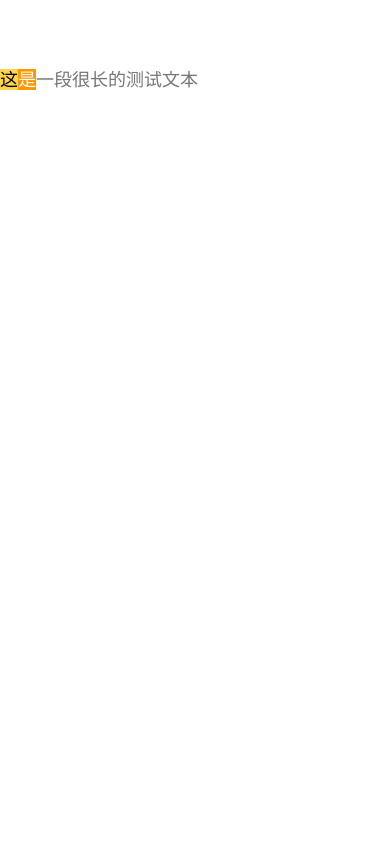
Repository: obstrux/test-vosk
Page: /
These files come from the project's save history. The page is drawn as it stood at one moment and after the next save; the edit follows.
The browser window is 390 px wide. The pictures show the whole page.
The app was drawn by React Native's web renderer in a window 390 px wide. The project was rebuilt for these pictures with package versions that can differ from the ones it lists, and the page was loaded fresh each time.

Above is the page before, as saved 2025-11-02 21:33:43.

After the next save:
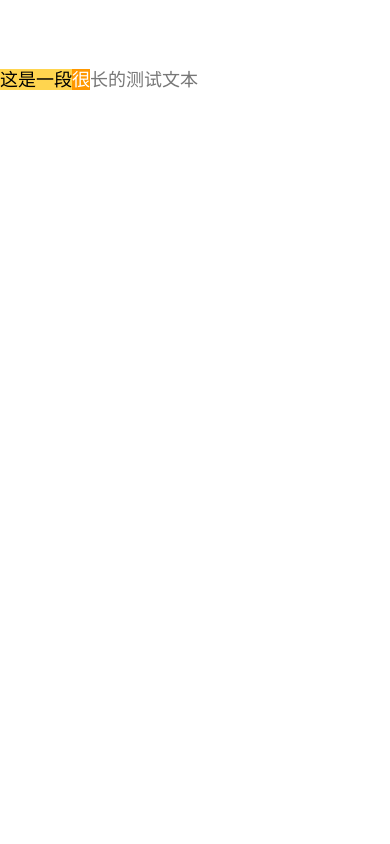
Saved 10 s later.
--- a/App.tsx
+++ b/App.tsx
@@ -34,7 +34,7 @@ function AppContent() {
   useEffect(() => {
     const arr = fullText.split('').reverse();
     setTimeout(() => {
-      setRecognizedText(arr.pop());
+      setRecognizedText('段很长的');
     }, 1000);
   }, []);
 
